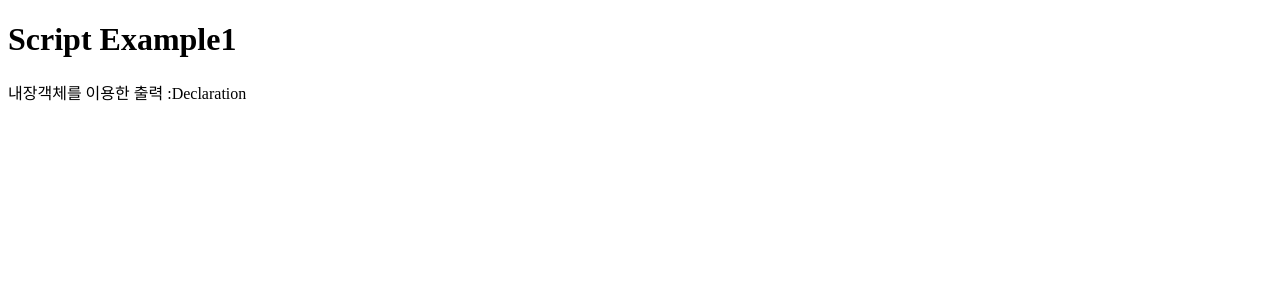
Repository: wpans2619/JSP
Page: http://localhost/JSP01/JSP01.jsp
An editor plug-in stored every save of this project. The page is shown before and after the next save, followed by the edit.
The browser window is 1280 px wide. The pictures show the whole page.
The page is served by Tomcat 9.

Above is the page before, as saved 2021-10-27 07:22:03.

After the next save:
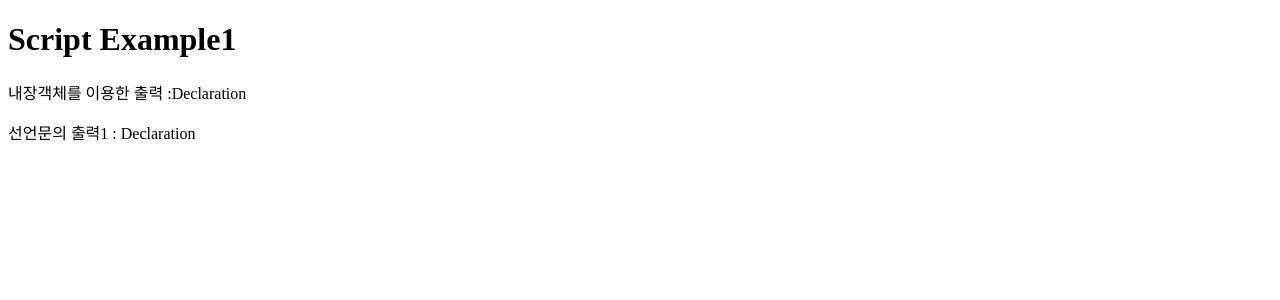
Saved 85 s later.
--- a/JSP01/src/main/webapp/JSP01.jsp
+++ b/JSP01/src/main/webapp/JSP01.jsp
@@ -22,5 +22,6 @@
 
 		out.println("내장객체를 이용한 출력 :"+declaration+"</p>");
 	%>
+	선언문의 출력1 : <%=declaration %>
 </body>
 </html>
